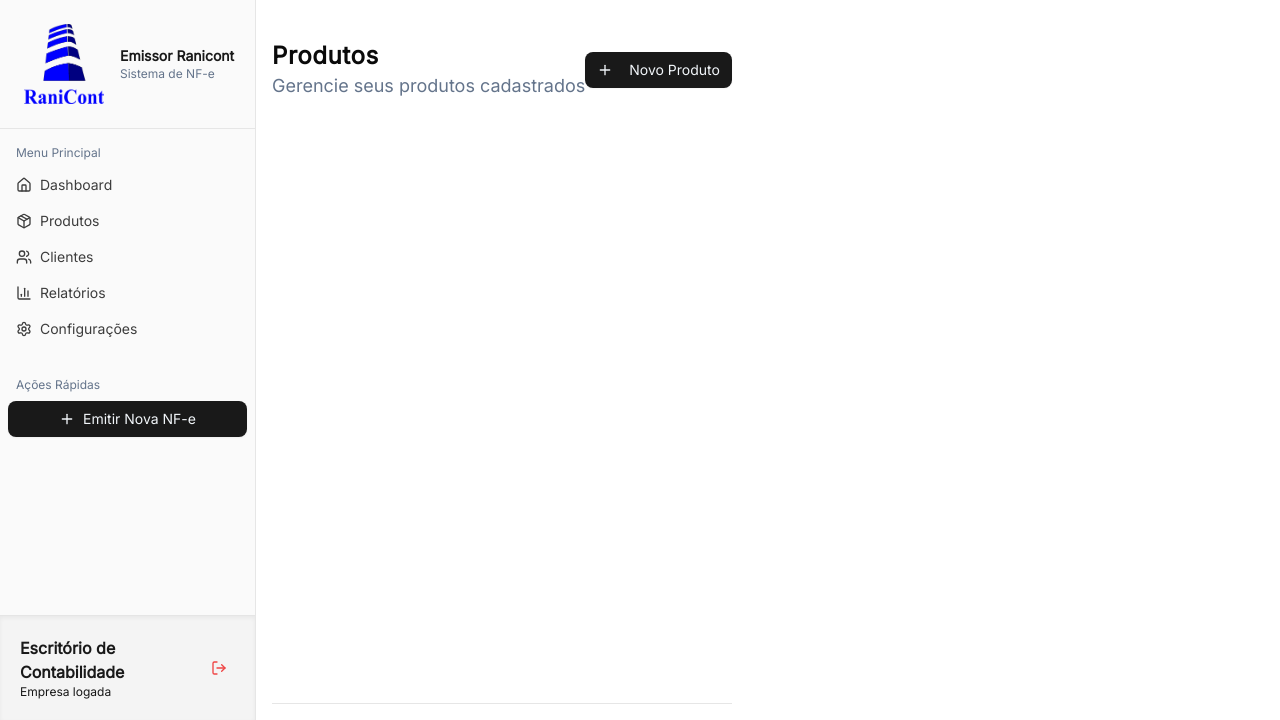
Repository: vinimx/emissor-ranicont
Page: /produtos
The author's editor kept a copy of each file at every save. The page is drawn from the files as they stood at one save, then again after the next save.
The browser window is 1280 px wide. The pictures show the whole page.
The project was rebuilt for these pictures with package versions that can differ from the ones it lists, and the page was loaded fresh each time. Also part of the build but not shown: vite.config.js, src/components/ui/card.jsx, src/components/ui/input.jsx, src/components/ui/label.jsx, src/components/Auth/Login/index.jsx, src/components/Auth/Cadastrar/index.jsx, src/components/ui/separator.jsx, src/components/ui/sheet.jsx and 3 more.

Above is the page before, as saved 2025-06-20 08:40:38.

After the next save:
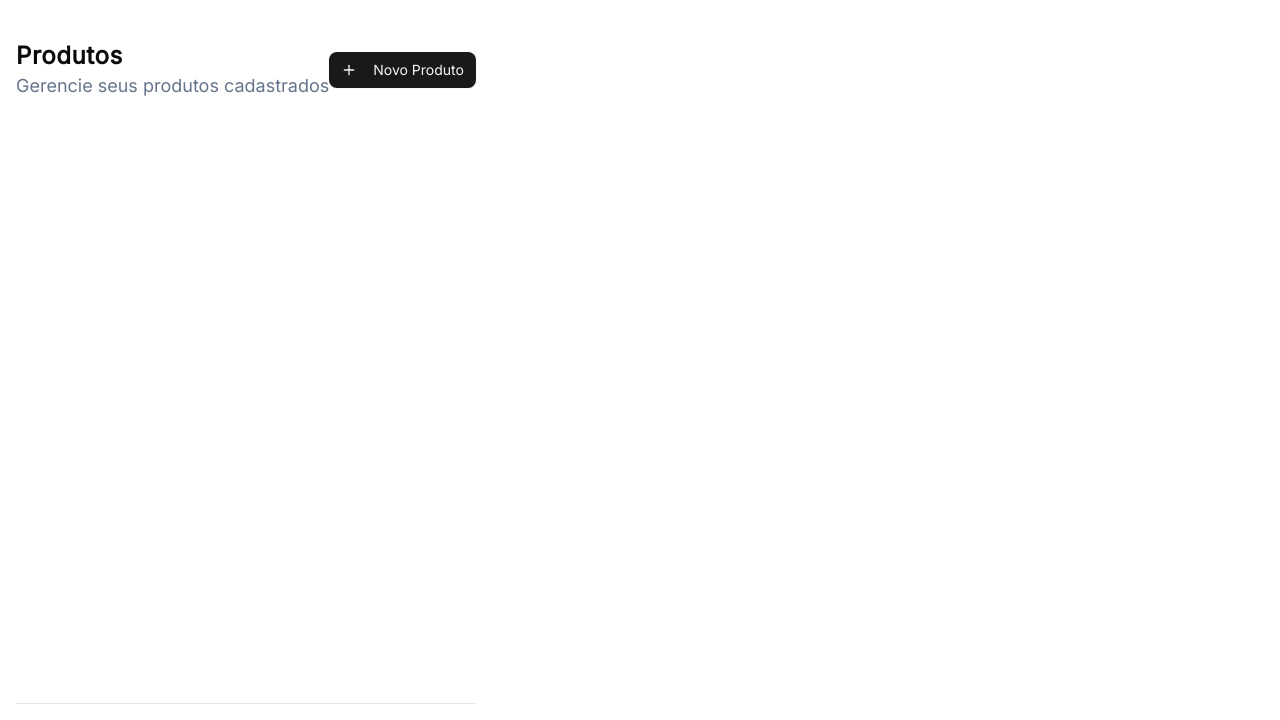
Saved 109 s later.
--- a/src/components/Produtos/index.jsx
+++ b/src/components/Produtos/index.jsx
@@ -8,7 +8,6 @@
 export default function Produtos() {
   return (
     <SidebarProvider>
-      <MenuSideBar />
       <div className="mt-20 md:mt-10 m-4 space-y-6 border-b border-[var(--sidebar-borda)]">
         <HeaderPagina
           titulo="Produtos"

After the save that followed:
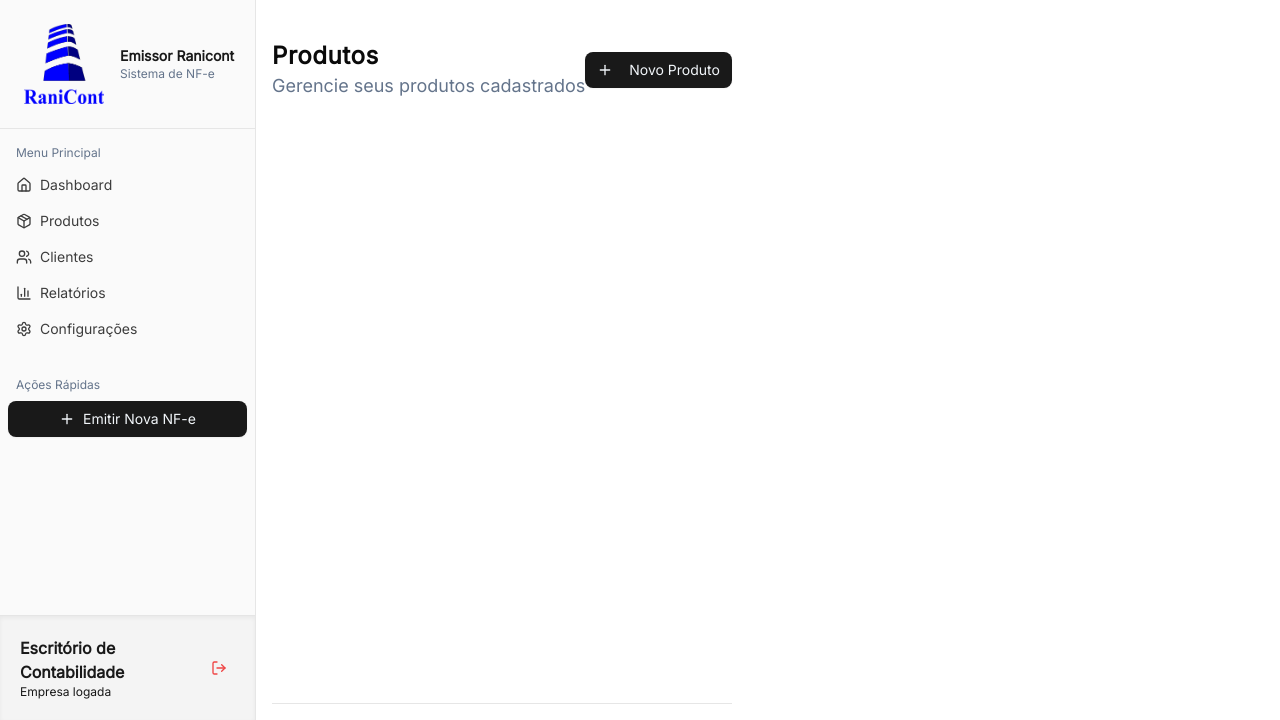
Saved 13 s later.
--- a/src/components/Produtos/index.jsx
+++ b/src/components/Produtos/index.jsx
@@ -8,6 +8,7 @@
 export default function Produtos() {
   return (
     <SidebarProvider>
+      <MenuSideBar />
       <div className="mt-20 md:mt-10 m-4 space-y-6 border-b border-[var(--sidebar-borda)]">
         <HeaderPagina
           titulo="Produtos"
